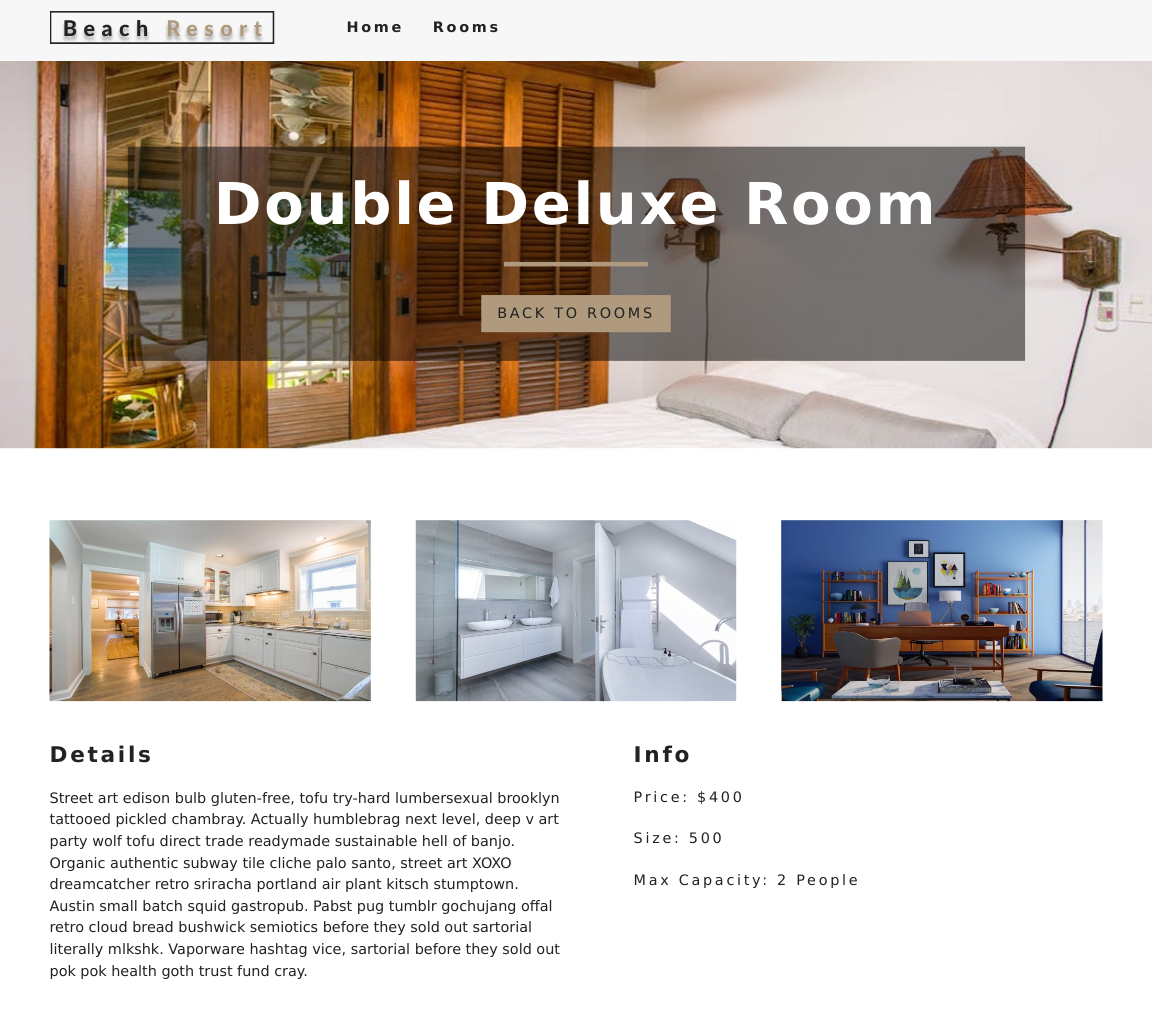
Repository: thanhn379/react-beach-resort
Page: /rooms/double-deluxe
An editor plug-in stored every save of this project. The page is shown before and after the next save, followed by the edit.
The browser window is 1280 px wide. The pictures show the whole page, at 90% of full size.
The project was rebuilt for these pictures with package versions that can differ from the ones it lists, and the page was loaded fresh each time. Also part of the build but not shown: src/components/Hero.js, src/components/Title.js, src/components/Services.js, src/components/Loading.js, src/components/Room.js, src/components/FeaturedRooms.js, src/pages/Home.js, src/pages/Rooms.js and 1 more.

Above is the page before, as saved 2019-11-16 07:09:03.

After the next save:
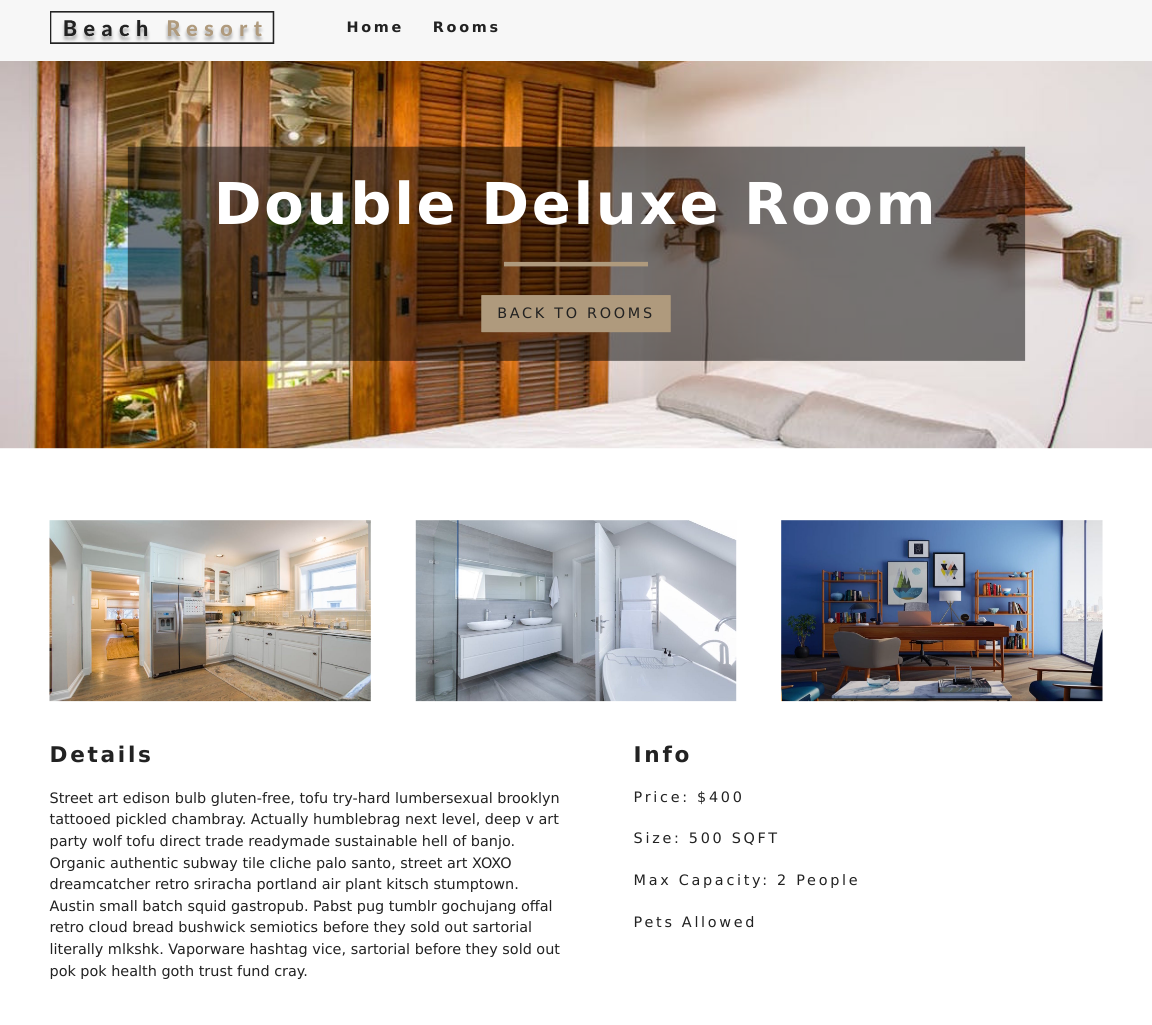
Saved 2 min 7 s later.
--- a/src/pages/SingleRoom.js
+++ b/src/pages/SingleRoom.js
@@ -70,10 +70,11 @@ export default class SingleRoom extends Component {
             <article className="info">
               <h3>info</h3>
               <h6>price: ${price}</h6>
-              <h6>size: {size}</h6>
+              <h6>size: {size} SQFT</h6>
               <h6>
                 max capacity: {capacity} {capacity > 1 ? " People" : " Person"}
               </h6>
+              <h6>{pets ? "pets allowed" : "no pets allowed"}</h6>
             </article>
           </div>
         </section>
